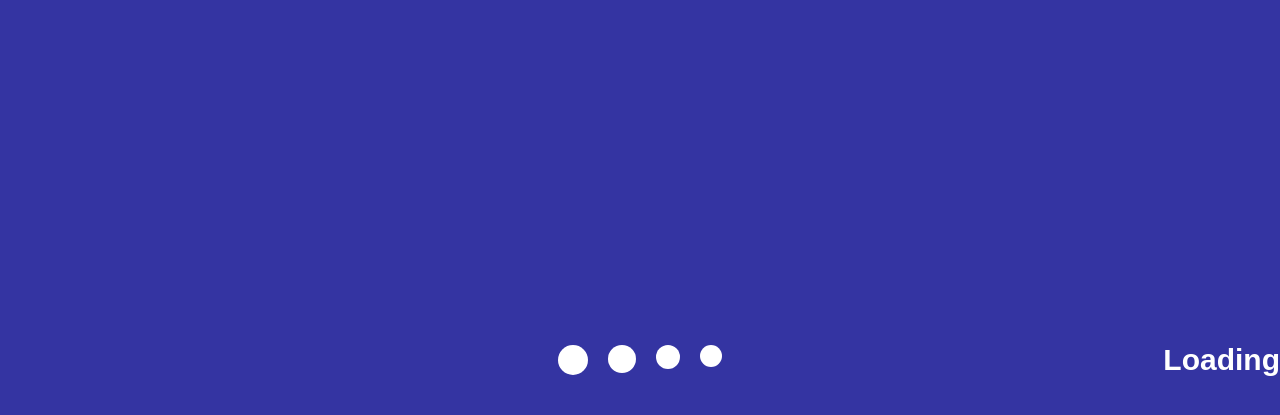
Repository: DevMike1993/100_Projects_HTML_CSS_JAVASCRIPT
Page: 02_Creative_Loading_Animation/index.html
The author's editor kept a copy of each file at every save. The page is drawn from the files as they stood at one save, then again after the next save.
The browser window is 1280 px wide. The pictures show the whole page.

Above is the page before, as saved 2023-11-26 17:34:30.

### 02_Creative_Loading_Animation/index.html
<!DOCTYPE html>
<html lang="en">
<head>
    <meta charset="UTF-8">
    <meta name="viewport" content="width=device-width, initial-scale=1.0">
    <title>Loading Animation</title>
    <link rel="stylesheet" href="style.css">
</head>
<body>
    <section class="wrapper">
        <div class="loader">
            <div class="loading one"></div>
            <div class="loading two"></div>
            <div class="loading three"></div>
            <div class="loading four"></div>
        </div>
        <section class="content">
            <h1>Loading</h1>
        </section>
    </section>
</body>
</html>

### 02_Creative_Loading_Animation/style.css
*{
    margin: 0;
    padding: 0;
    box-sizing: border-box;
    font-family: sans-serif;
}

body{
    background: #00008bcb;
}

.wrapper{
    display: flex;
    justify-content: center;
    align-items: center;
    min-height: 100vh;
}

.content{
    text-align: center;
    position: absolute;
    right: 0;
    bottom: 50;
}

.content h1{
    font-size: 30px;
    color: #fff;
    font-weight: 600;
    transition: 0.5s;


}

.content h1:hover{
        -webkit-text-stroke: 2px white;
        color: transparent;
}


.wrapper .loader{
    display: flex;
    justify-content: space-evenly;
    padding:  20px;
}

.loader .loading{
    background: #fff;
    width: 30px;
    height: 30px;
    border-radius: 50px;
    margin: 0 10px;
    animation: load 0.8s ease infinite;
}

.loader .loading.one{
    animation-delay: 0.3s;
}

.loader .loading.two{
    animation-delay: 0.4s;
}

.loader .loading.three{
    animation-delay: 0.5s;
}

@keyframes load {
    0% {
        width: 30px;
        height: 30px;
    }
    50%{
        width: 20px;
        height: 20px;
    }
}

After the next save:
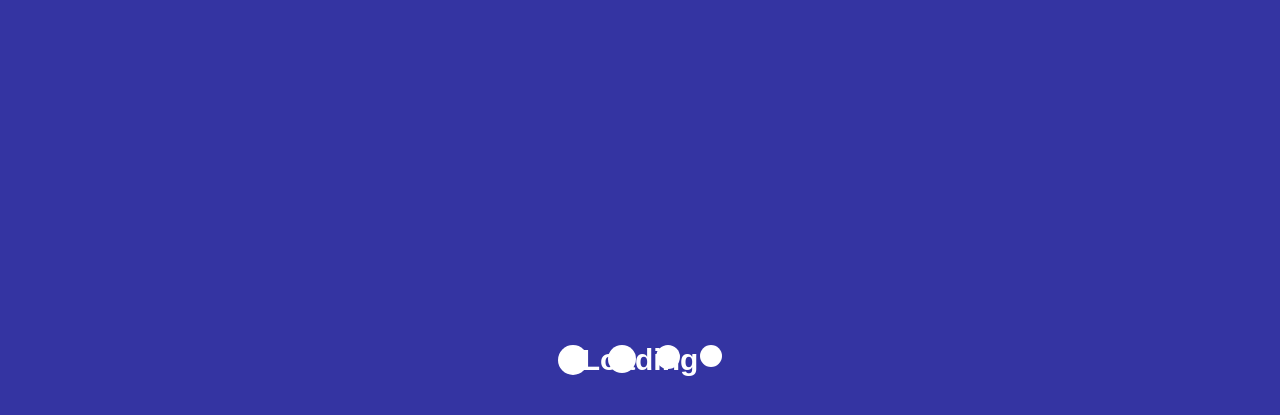
Saved 21 s later.
--- a/02_Creative_Loading_Animation/style.css
+++ b/02_Creative_Loading_Animation/style.css
@@ -19,8 +19,7 @@ body{
 .content{
     text-align: center;
     position: absolute;
-    right: 0;
-    bottom: 50;
+
 }
 
 .content h1{
